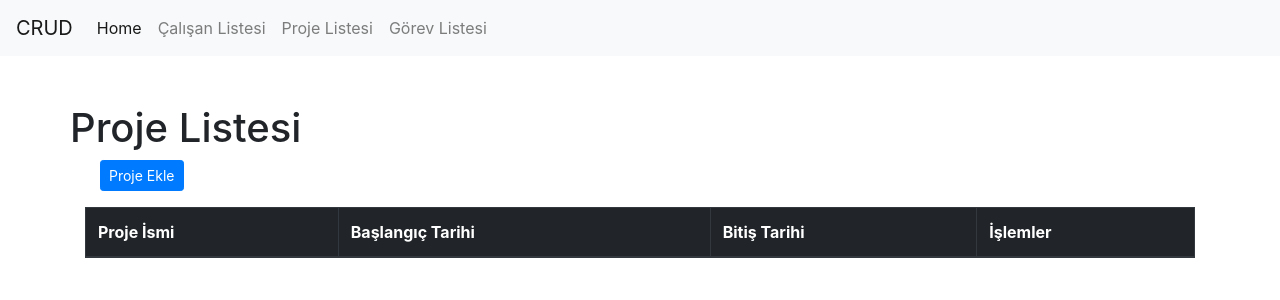
Repository: AhmetOzgul/veri_Taban-_proje
Page: http://localhost/index
The author's editor kept a copy of each file at every save. The page is drawn from the files as they stood at one save, then again after the next save.
The browser window is 1280 px wide. The pictures show the whole page.
The page is this project's Thymeleaf template; nobody is signed in. The template is opened directly, without the code that normally fills it, so the values that code supplies are empty.

Above is the page before, as saved 2024-01-18 10:02:37.

### vtys2/vtys/src/main/resources/templates/index.html
<!DOCTYPE html>
<html lang="en" xmlns:th="http://www.thymeleaf.org">
<head>
    <meta charset="UTF-8">
    <meta name="viewport" content="width=device-width, initial-scale=1.0">
    <title>project Managements</title>
    <link rel="stylesheet" href="https://cdn.jsdelivr.net/npm/bootstrap@4.0.0/dist/css/bootstrap.min.css" integrity="sha384-Gn5384xqQ1aoWXA+058RXPxPg6fy4IWvTNh0E263XmFcJlSAwiGgFAW/dAiS6JXm" crossorigin="anonymous">
</head>
<body>
	<nav class="navbar navbar-expand-lg navbar-light bg-light">
		<a class="navbar-brand" href="#">CRUD</a>
		<button class="navbar-toggler" type="button" data-toggle="collapse" data-target="#navbarNav" aria-controls="navbarNav" aria-expanded="false" aria-label="Toggle navigation">
		  <span class="navbar-toggler-icon"></span>
		</button>
		<div class="collapse navbar-collapse" id="navbarNav">
		  <ul class="navbar-nav">
			<li class="nav-item active">
			  <a class="nav-link" href="/">Home<span class="sr-only">(current)</span></a>
			</li>
			<li class="nav-item">
			  <a class="nav-link" href="users">Çalışan Listesi</a>
			</li>
			<li class="nav-item">
				<a class="nav-link" href="projects">Proje Listesi</a>
			  </li>
			<li class="nav-item">
				<a class="nav-link" href="tasks">Görev Listesi</a>
			  </li>
		  </ul>
		</div>
	  </nav>
	  <br>
	</br>
    <div class="container">
		<div class="row">
			<h1>Proje Listesi</h1>
		</div>

		<div class="col-lg-3">
			<a th:href = "@{/projects/add}" class="btn btn-primary btn-sm mb-3">Proje Ekle</a>
		</div>
		<table class="table table-striped table-bordered">
			<thead class="thead-dark">
				<tr>
					<th>Proje İsmi</th>
					<th>Başlangıç Tarihi</th>
					<th>Bitiş Tarihi</th>
					<th>İşlemler</th>

				</tr>
			</thead>
			<tbody>
				<tr th:each = "project : ${projects}">
					<td th:text = "${project.projectName}"></td>
					<td th:text = "${project.startDate}"></td>
					<td th:text = "${project.endDate}"></td>
					<td>
						<a th:href = "@{projects/edit/{id}(id = ${project.id})}" class="btn btn-primary">Update</a>
						<a th:href = "@{projects/delete/{id}(id = ${project.id})}" class="btn btn-danger">Delete</a>
						<a class="btn btn-primary" th:href="@{/projects/{id}(id=${project.id})}">Detail</a>
					</td>
				</tr>
			</tbody>
		</table>
	</div>
</body>
</html>

After the next save:
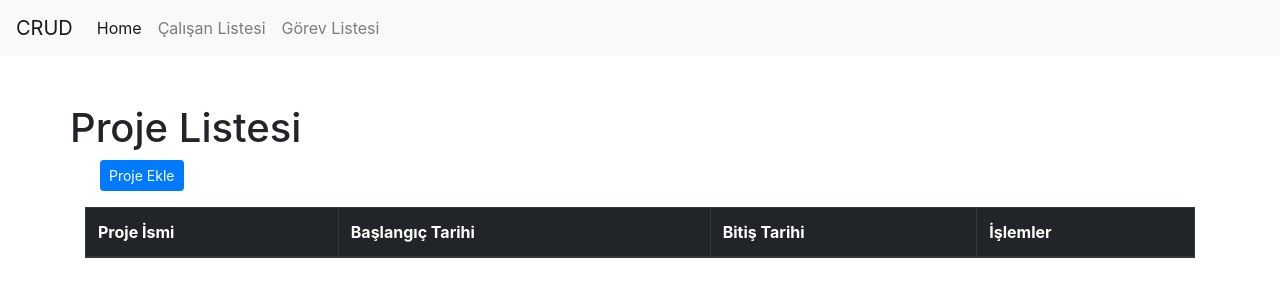
Saved 76 s later.
--- a/vtys2/vtys/src/main/resources/templates/index.html
+++ b/vtys2/vtys/src/main/resources/templates/index.html
@@ -20,9 +20,6 @@
 			<li class="nav-item">
 			  <a class="nav-link" href="users">Çalışan Listesi</a>
 			</li>
-			<li class="nav-item">
-				<a class="nav-link" href="projects">Proje Listesi</a>
-			  </li>
 			<li class="nav-item">
 				<a class="nav-link" href="tasks">Görev Listesi</a>
 			  </li>
